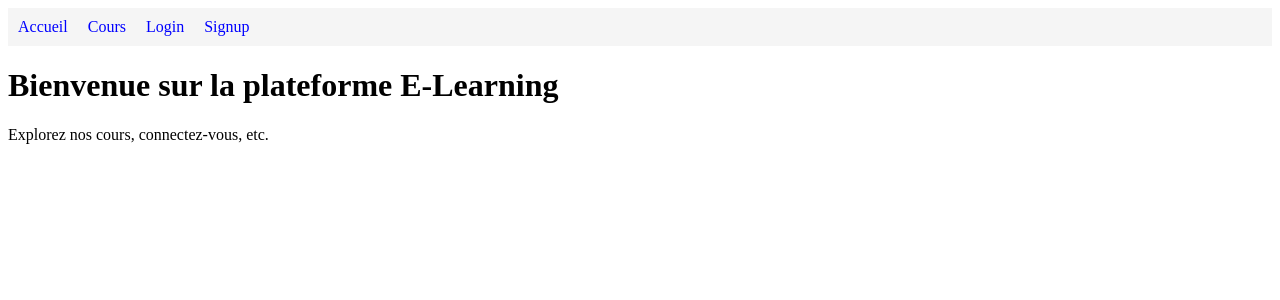
Repository: abdernossair/Studyfi
Page: / (app in frontend-react/)
These files come from the project's save history. The page is drawn as it stood at one moment and after the next save; the edit follows.
The browser window is 1280 px wide. The pictures show the whole page.
The project was rebuilt for these pictures with package versions that can differ from the ones it lists, and the page was loaded fresh each time. Also part of the build but not shown: frontend-react/src/services/api.js, frontend-react/src/pages/Login.js, frontend-react/src/pages/Signup.js, frontend-react/src/pages/Courses.js, frontend-react/src/pages/CourseDetail.js.

Above is the page before, as saved 2025-01-08 01:24:13.

### frontend-react/public/index.html
<!DOCTYPE html>
<html lang="fr">
  <head>
    <meta charset="utf-8" />
    <meta name="viewport" content="width=device-width, initial-scale=1" />
    <!-- Balise <title> pour le nom de ton appli -->
    <title>Mon Application E-Learning</title>

    <!-- Exemple d'icône pour l'onglet (facultatif) -->
    <link rel="icon" href="%PUBLIC_URL%/favicon.ico" />
  </head>
  <body>
    <!-- Message si JavaScript est désactivé -->
    <noscript>Vous devez activer JavaScript pour pouvoir utiliser cette application.</noscript>

    <!-- La div où React va injecter toute l’app -->
    <div id="root"></div>
  </body>
</html>

### frontend-react/src/App.js
import React from 'react';
import { Routes, Route } from 'react-router-dom';
import Home from './pages/Home';
import Login from './pages/Login';
import Signup from './pages/Signup';
import Courses from './pages/Courses';
import CourseDetail from './pages/CourseDetail';
import Navbar from './components/Navbar';

function App() {
  return (
    <div>
      {/* On affiche la barre de navigation en haut */}
      <Navbar />

      {/* Définition des routes */}
      <Routes>
        <Route path="/" element={<Home />} />
        <Route path="/login" element={<Login />} />
        <Route path="/signup" element={<Signup />} />
        <Route path="/courses" element={<Courses />} />
        <Route path="/courses/:id" element={<CourseDetail />} />
      </Routes>
    </div>
  );
}

export default App;

### frontend-react/src/pages/Home.js
import React from 'react';

const Home = () => {
  return (
    <div>
      <h1>Bienvenue sur la plateforme E-Learning</h1>
      <p>Explorez nos cours, connectez-vous, etc.</p>
    </div>
  );
};

export default Home;

### frontend-react/src/components/Navbar.js
import React from 'react';
import { Link } from 'react-router-dom';

const Navbar = () => {
  return (
    <nav style={styles.navbar}>
      <Link to="/" style={styles.link}>Accueil</Link>
      <Link to="/courses" style={styles.link}>Cours</Link>
      <Link to="/login" style={styles.link}>Login</Link>
      <Link to="/signup" style={styles.link}>Signup</Link>
    </nav>
  );
};

const styles = {
  navbar: {
    display: 'flex',
    gap: '20px',
    background: '#f5f5f5',
    padding: '10px'
  },
  link: {
    textDecoration: 'none',
    color: 'blue'
  }
};

export default Navbar;

Loaded but not shown: frontend-react/src/index.js (common file)

After the next save:
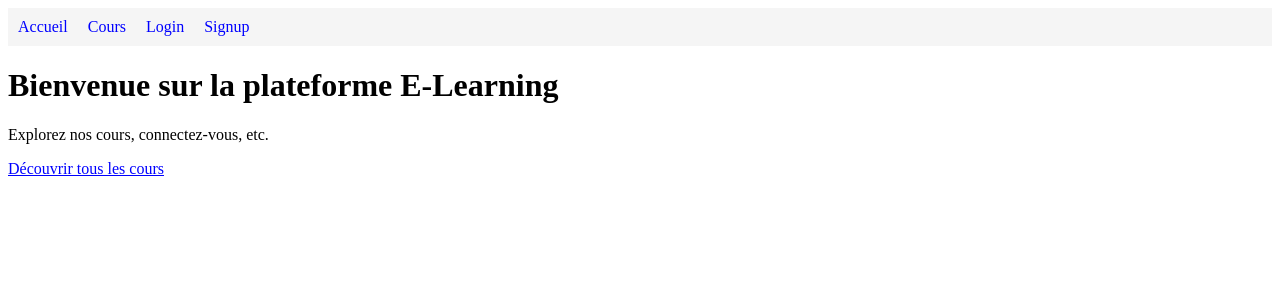
Saved 14 s later.
--- a/frontend-react/src/pages/Home.js
+++ b/frontend-react/src/pages/Home.js
@@ -1,10 +1,14 @@
 import React from 'react';
+import { Link } from 'react-router-dom';
 
 const Home = () => {
   return (
     <div>
       <h1>Bienvenue sur la plateforme E-Learning</h1>
       <p>Explorez nos cours, connectez-vous, etc.</p>
+      <Link to="/courses" style={{ color: 'blue', textDecoration: 'underline' }}>
+        Découvrir tous les cours
+      </Link>
     </div>
   );
 };
